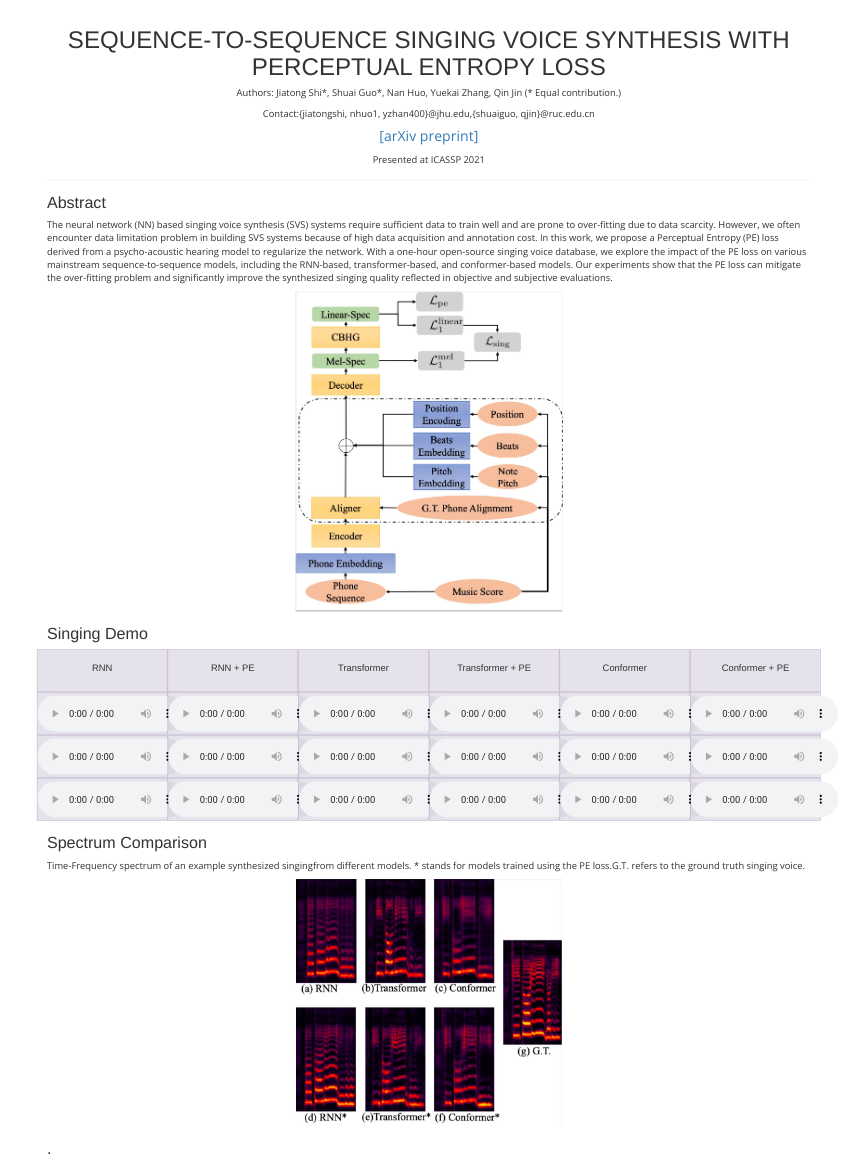
Repository: PeterGuoRuc/SVS_pe.github.io
Page: index.html
These files come from the project's save history. The page is drawn as it stood at one moment and after the next save; the edit follows.
The browser window is 1280 px wide. The pictures show the whole page, at 67% of full size.

Above is the page before, as saved 2021-06-06 19:56:29.

After the next save:
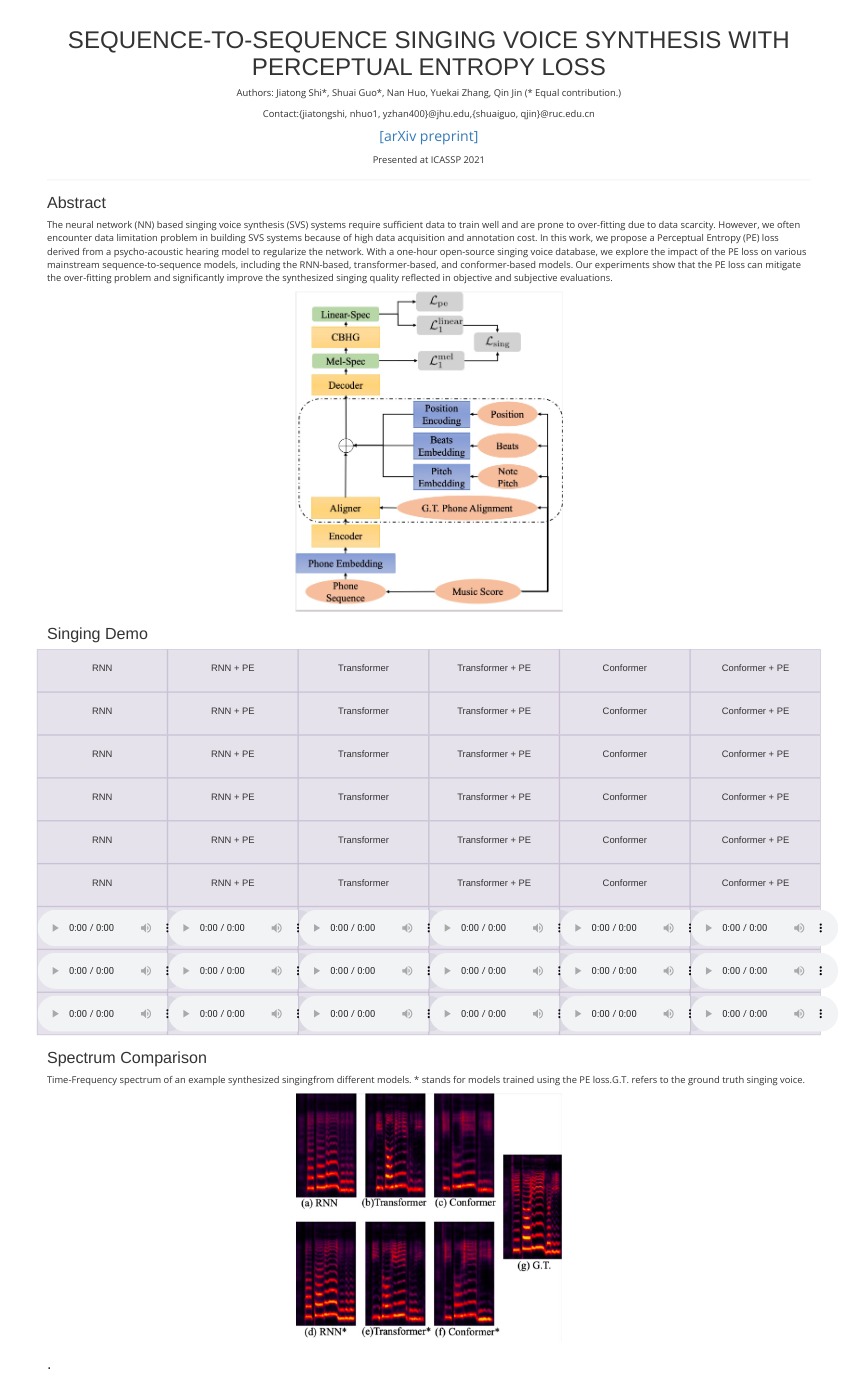
Saved 12 min 22 s later.
--- a/index.html
+++ b/index.html
@@ -74,6 +74,48 @@
         <div class="col-md-2">Conformer + PE</div>
       </div>
       <div class="row">
+        <div class="col-md-2">RNN</div>
+        <div class="col-md-2">RNN + PE</div>
+        <div class="col-md-2">Transformer</div>
+        <div class="col-md-2">Transformer + PE</div>
+        <div class="col-md-2">Conformer</div>
+        <div class="col-md-2">Conformer + PE</div>
+      </div>
+      <div class="row">
+        <div class="col-md-2">RNN</div>
+        <div class="col-md-2">RNN + PE</div>
+        <div class="col-md-2">Transformer</div>
+        <div class="col-md-2">Transformer + PE</div>
+        <div class="col-md-2">Conformer</div>
+        <div class="col-md-2">Conformer + PE</div>
+      </div>
+      <div class="row">
+        <div class="col-md-2">RNN</div>
+        <div class="col-md-2">RNN + PE</div>
+        <div class="col-md-2">Transformer</div>
+        <div class="col-md-2">Transformer + PE</div>
+        <div class="col-md-2">Conformer</div>
+        <div class="col-md-2">Conformer + PE</div>
+      </div>
+      <div class="row">
+        <div class="col-md-2">RNN</div>
+        <div class="col-md-2">RNN + PE</div>
+        <div class="col-md-2">Transformer</div>
+        <div class="col-md-2">Transformer + PE</div>
+        <div class="col-md-2">Conformer</div>
+        <div class="col-md-2">Conformer + PE</div>
+      </div>
+      <div class="row">
+        <div class="col-md-2">RNN</div>
+        <div class="col-md-2">RNN + PE</div>
+        <div class="col-md-2">Transformer</div>
+        <div class="col-md-2">Transformer + PE</div>
+        <div class="col-md-2">Conformer</div>
+        <div class="col-md-2">Conformer + PE</div>
+      </div>
+
+
+      <div class="row">
         <div class="col-md-2"><audio src="files/1_Feel_4.mp3" controls></audio></div>
         <div class="col-md-2"><audio src="files/2_Feel_4.mp3" controls></audio></div>
         <div class="col-md-2"><audio src="files/2_Feel_4.mp3" controls></audio></div>
